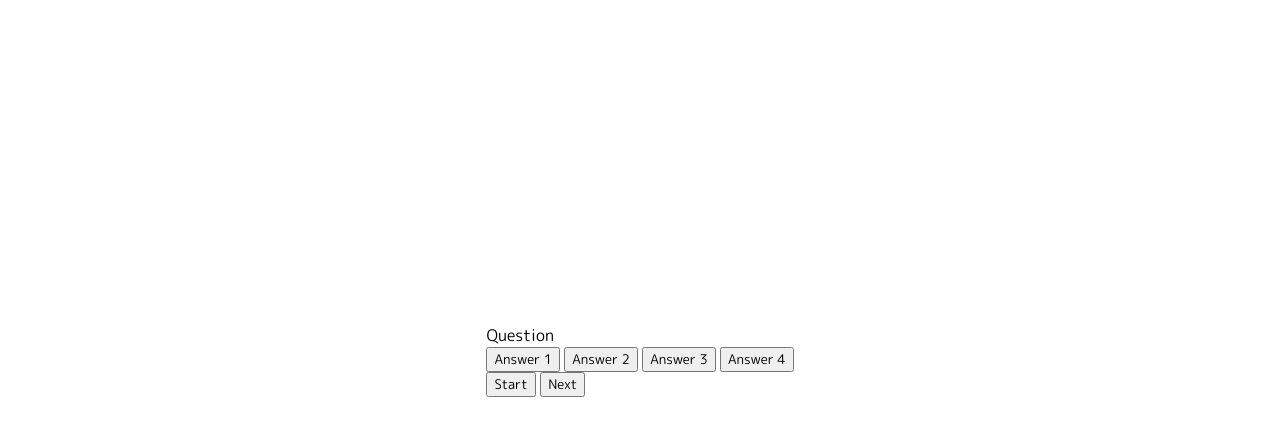
Repository: spidero7/Star-Wars_Quiz-Game
Page: index.html
An editor plug-in stored every save of this project. The page is shown before and after a run of saves, followed by the edit.
The browser window is 1280 px wide. The pictures show the whole page.

Above is the page before, as saved 2021-08-29 07:32:09.

After the next 4 saves:
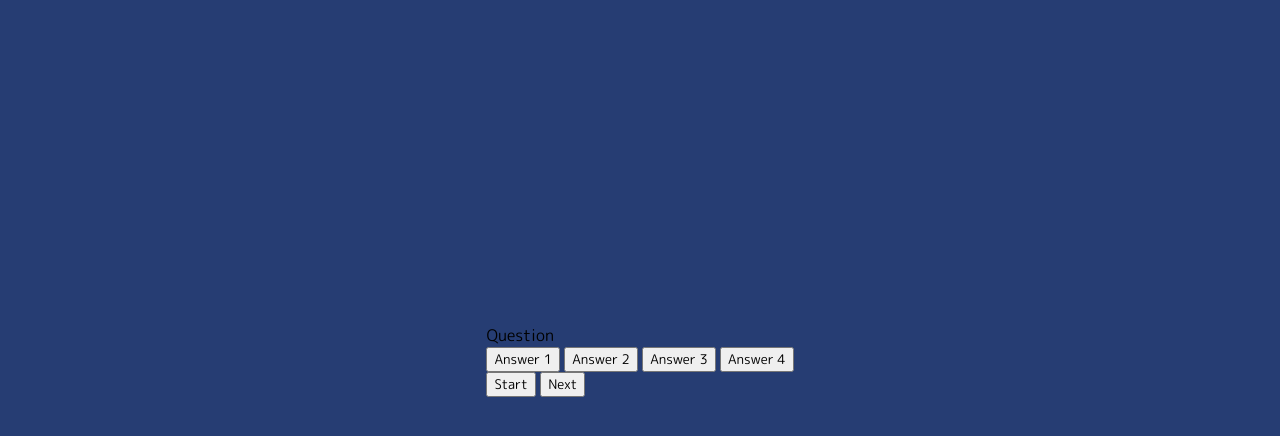
The 4 saves are shown as one change because they came seconds apart.
The last was saved 9 s later.
--- a/style.css
+++ b/style.css
@@ -17,7 +17,7 @@
     height: 100vh;
     justify-content: center;
     align-items: center;
-    background-color: hsl(var(--hue-normal), );
+    background-color: hsl(var(--hue-normal), 50%, 30%);
 }
 
 .container {

After the save that followed:
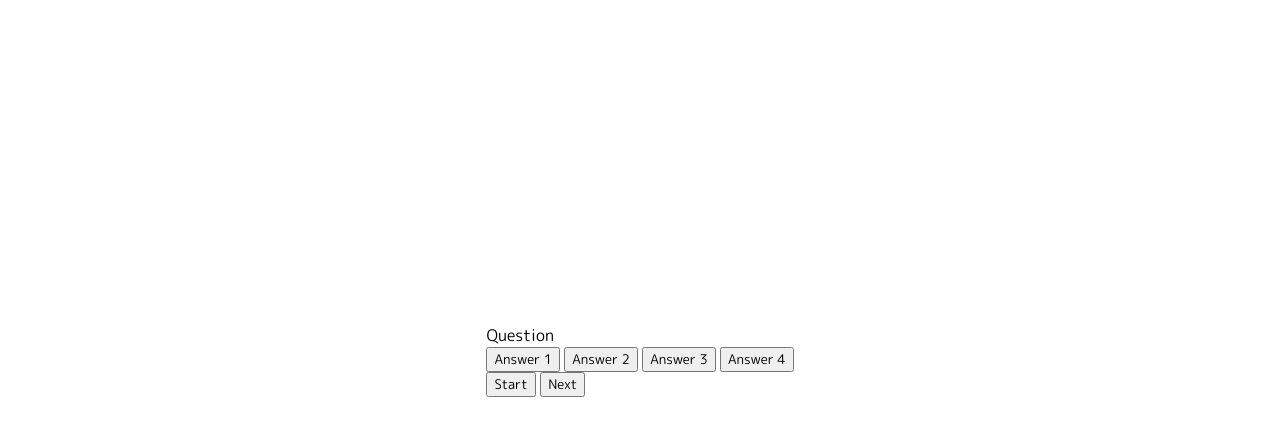
Saved 12 s later.
--- a/style.css
+++ b/style.css
@@ -17,7 +17,7 @@
     height: 100vh;
     justify-content: center;
     align-items: center;
-    background-color: hsl(var(--hue-normal), 50%, 30%);
+    background-color: hsl(var(--hue), 50%, 30%);
 }
 
 .container {
